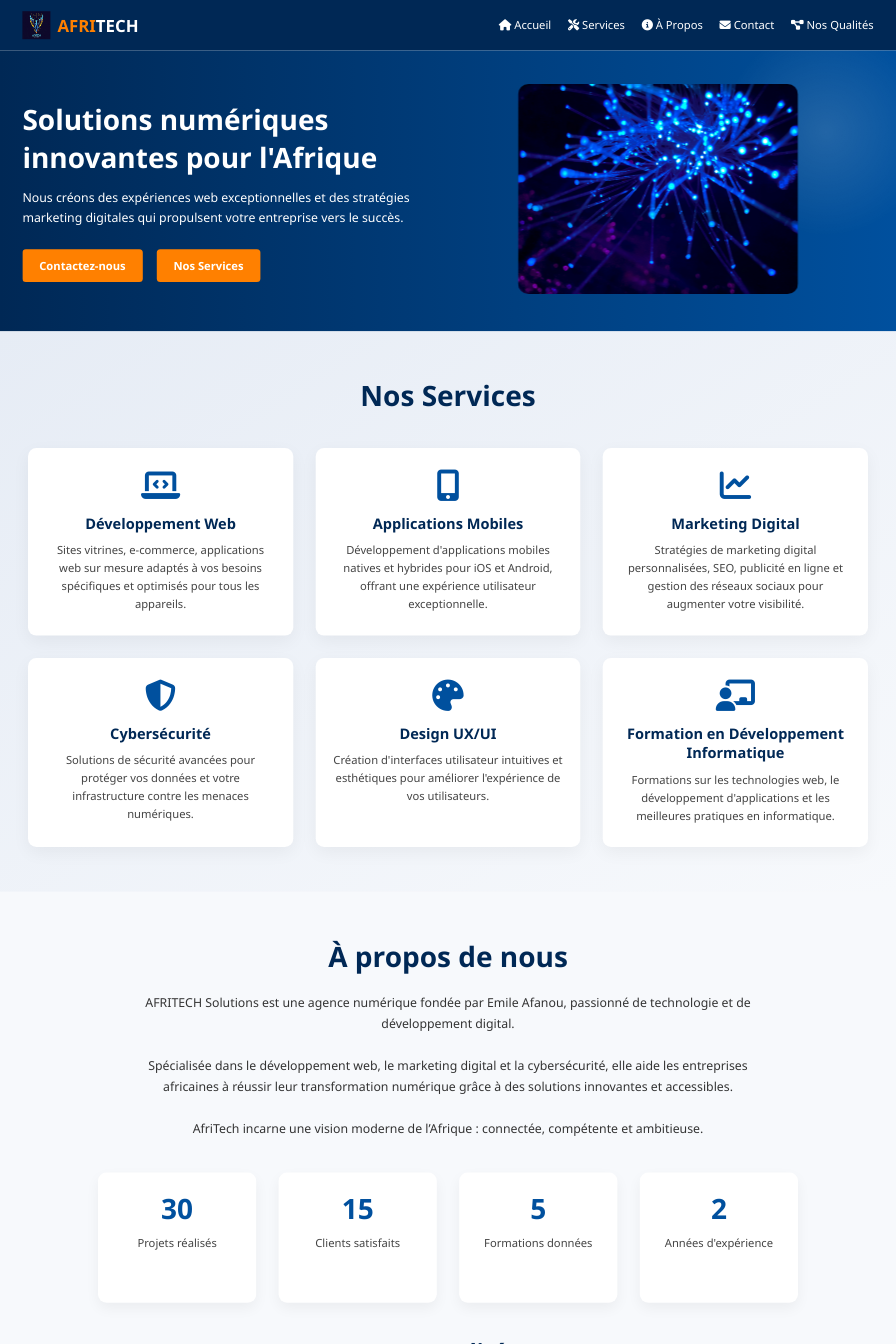
Repository: prestige225/AFRITECH
Page: index.html
These files come from the project's save history. The page is drawn as it stood at one moment and after the next save; the edit follows.
The browser window is 1280 px wide. The pictures show the part of the page from y = 0 to 1920 px (the page is 2834 px tall), at 70% of full size.

Above is the page before, as saved 2025-07-26 01:46:47.
Console error: TypeError: Cannot read properties of null (reading 'addEventListener')

After the next save:
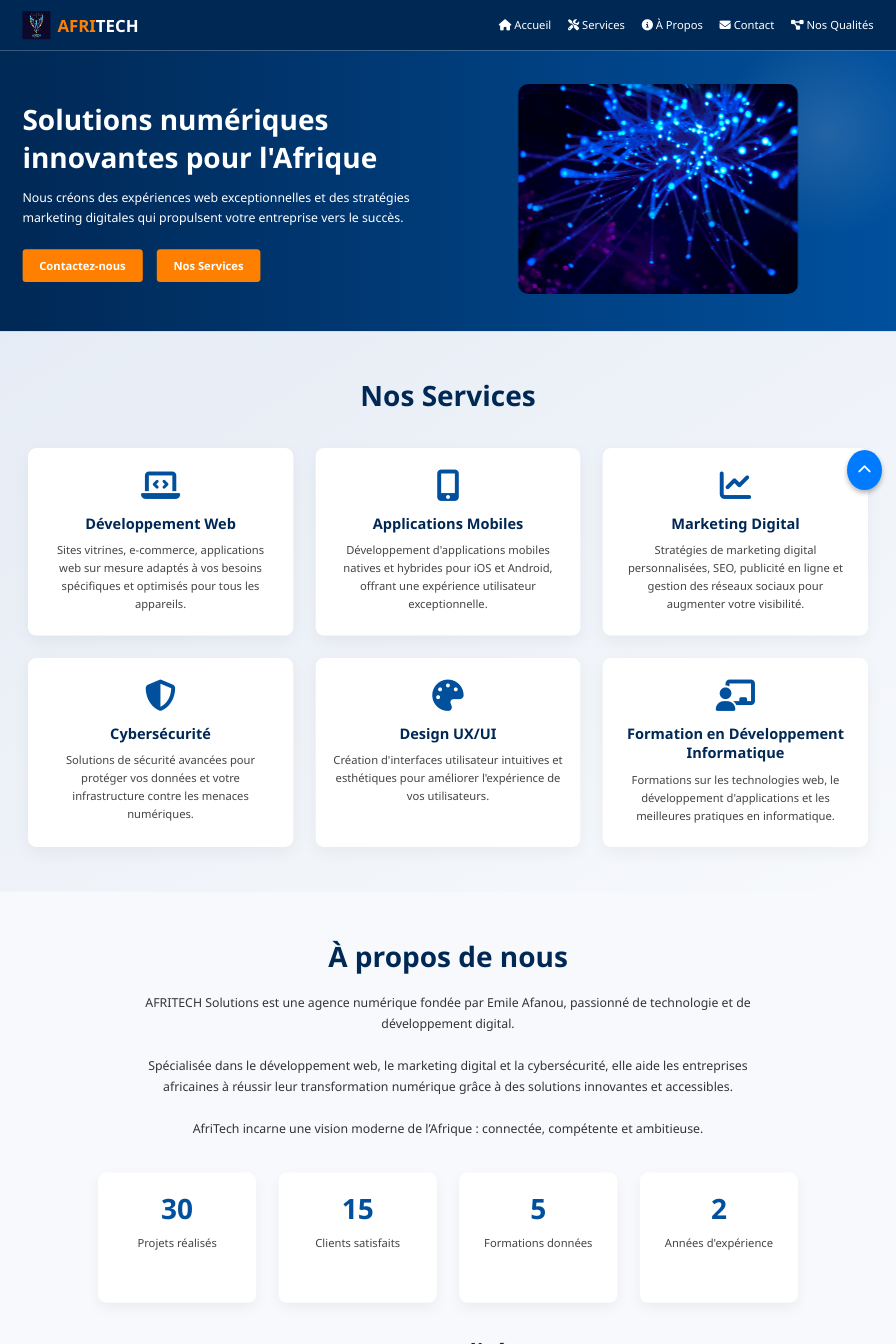
Saved 45 s later.
--- a/style.css
+++ b/style.css
@@ -942,7 +942,7 @@ html {
   background-color: #0056b3;
 }
 
-/* .scroll-to-top {
+ .scroll-to-top {
   display: block !important;
   opacity: 1 !important;
   visibility: visible !important;
@@ -950,4 +950,4 @@ html {
   z-index: 9999 !important;
   bottom: 20px !important;
   right: 20px !important;
-} */
+}
